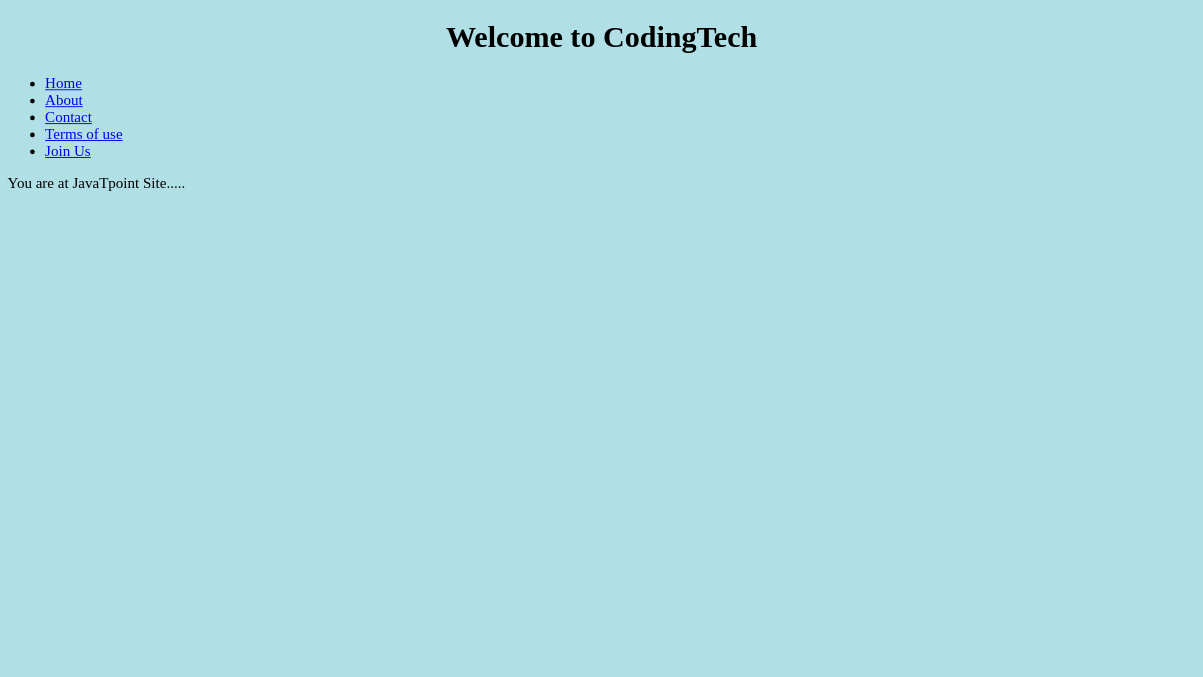
Repository: amarjeetcs/Spring-Framework-Practicals
Page: http://localhost/about
An editor plug-in stored every save of this project. The page is shown before and after the next save, followed by the edit.
The browser window is 1280 px wide. The pictures show the whole page, at 94% of full size.
The page is this project's Thymeleaf template; nobody is signed in. The template is opened directly, without the code that normally fills it, so the values that code supplies are empty.

Above is the page before, as saved 2023-05-05 17:35:47.

After the next save:
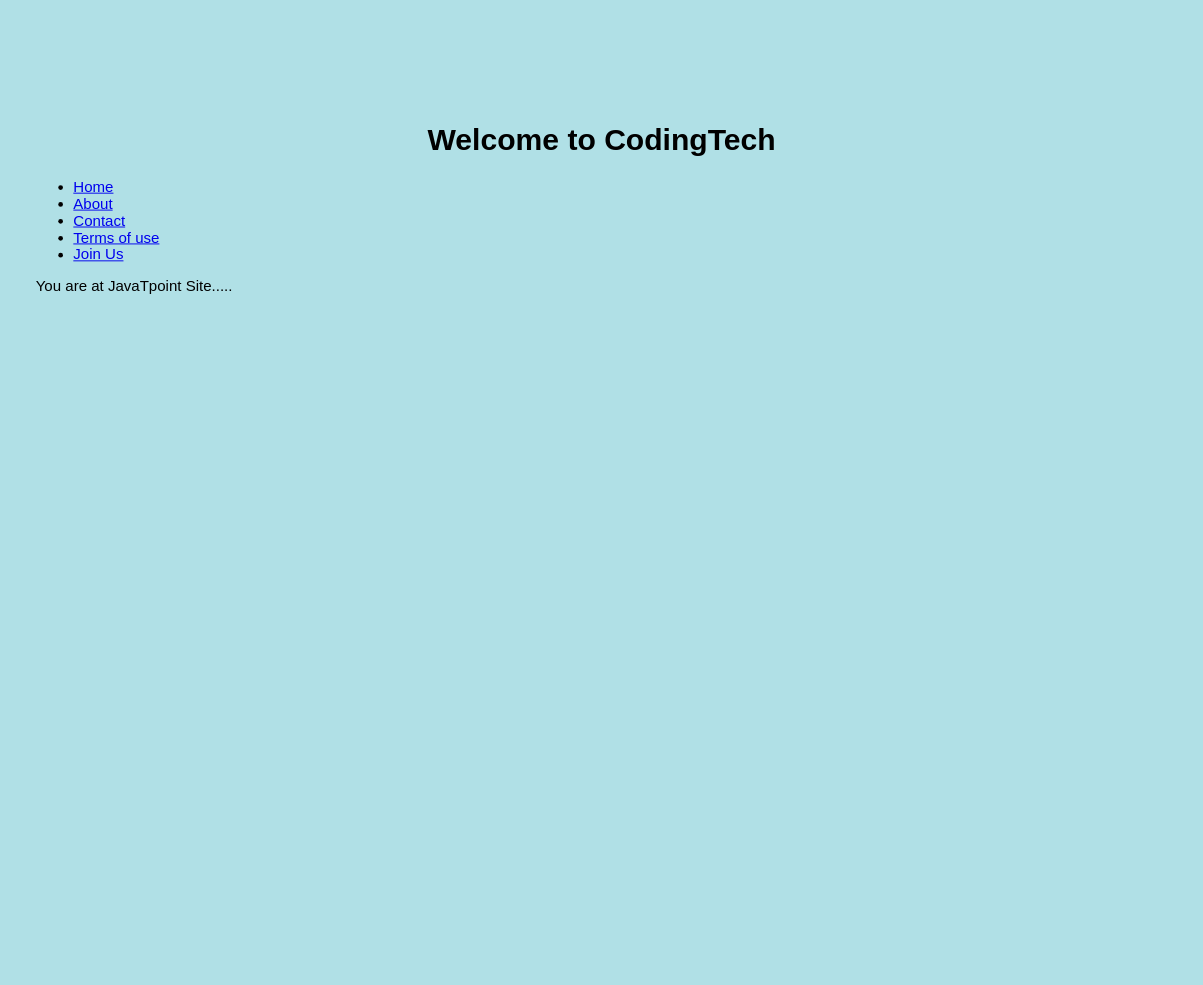
Saved 23 s later.
--- a/SpringThymleaf/src/main/resources/templates/about.html
+++ b/SpringThymleaf/src/main/resources/templates/about.html
@@ -28,5 +28,36 @@
 You are at JavaTpoint Site.....
 </Body>
 </Html>
+<style type=text/css>
+body
+{
+height: 125vh;
+margin-top: 80px;
+padding: 30px;
+background-size: cover;
+font-family: sans-serif;
+}
+header {
+background-color: orange;
+position: fixed;
+left: 0;
+right: 0;
+top: 5px;
+height: 30px;
+display: flex;
+align-items: center;
+box-shadow: 0 0 25px 0 black;
+}
+header * {
+display: inline;
+}
+header li {
+margin: 20px;
+}
+header li a {
+color: blue;
+text-decoration: none;
+}
+</style>
 </body>
 </html>
